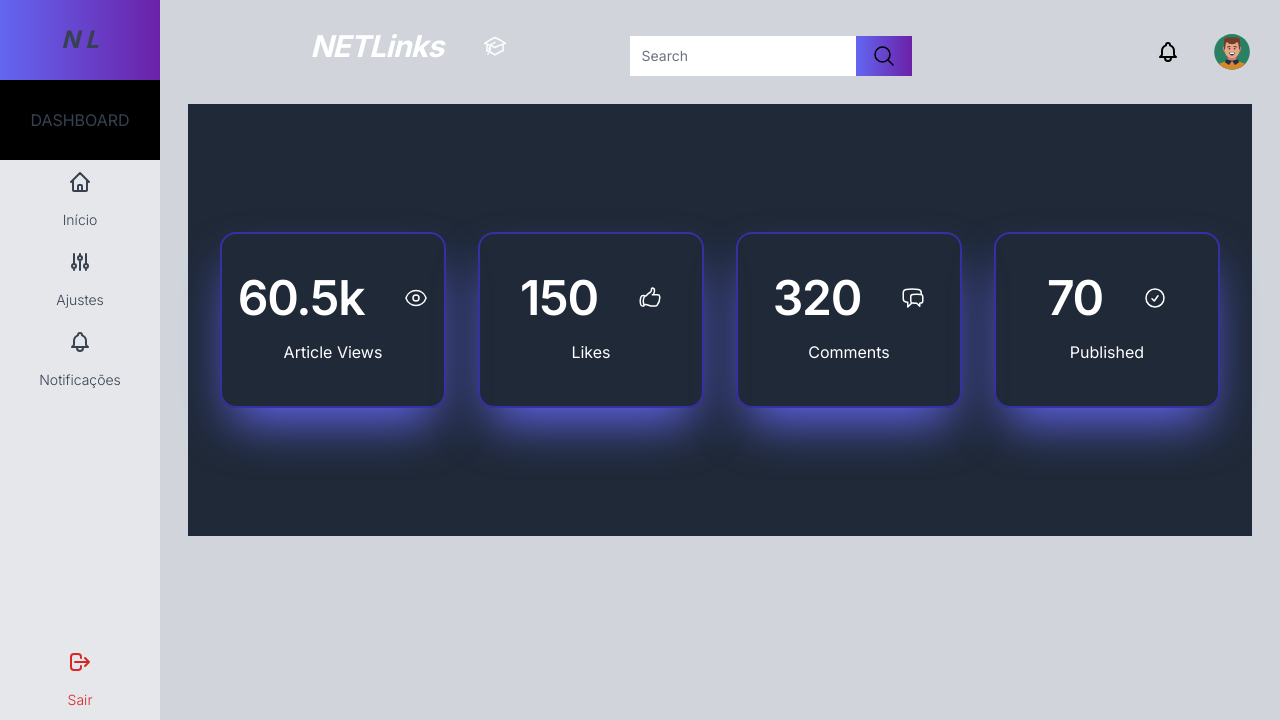
Repository: KennedyWanderson/AdminDashboard
Page: / (app in Code/admindashboard/)
The author's editor kept a copy of each file at every save. The page is drawn from the files as they stood at one save, then again after a run of saves.
The browser window is 1280 px wide. The pictures show the whole page.
The project was rebuilt for these pictures with package versions that can differ from the ones it lists, and the page was loaded fresh each time. The framework's server and built-in components were replaced by stand-ins that run in the browser. Also part of the build but not shown: Code/admindashboard/next.config.mjs.

Above is the page before, as saved 2024-06-26 20:08:24.

After the next 2 saves:
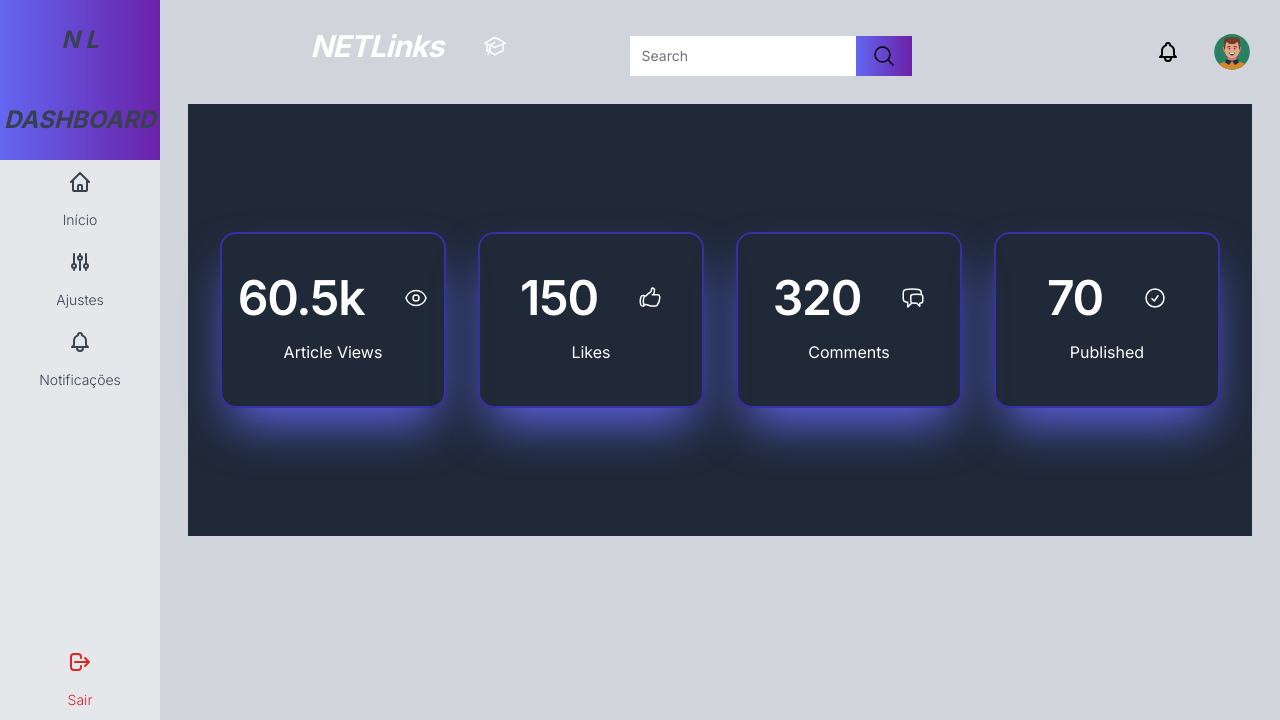
The 2 saves are shown as one change because they came seconds apart.
The last was saved 22 s later.
--- a/Code/admindashboard/src/components/LateralMenu.jsx
+++ b/Code/admindashboard/src/components/LateralMenu.jsx
@@ -18,7 +18,9 @@ export default function LateralMenu({ setActiveComponent }) {
                 N L
             </div>
             <div className="flex items-center justify-center w-full h-20 bg-black">
-                <h4>DASHBOARD</h4>
+                <h4 className="flex flex-col items-center justify-center font-bold italic text-2xl
+                bg-gradient-to-r from-indigo-500 to-purple-800
+                h-20 w-40">DASHBOARD</h4>
             </div>
 
             <ul className="flex-grow">
